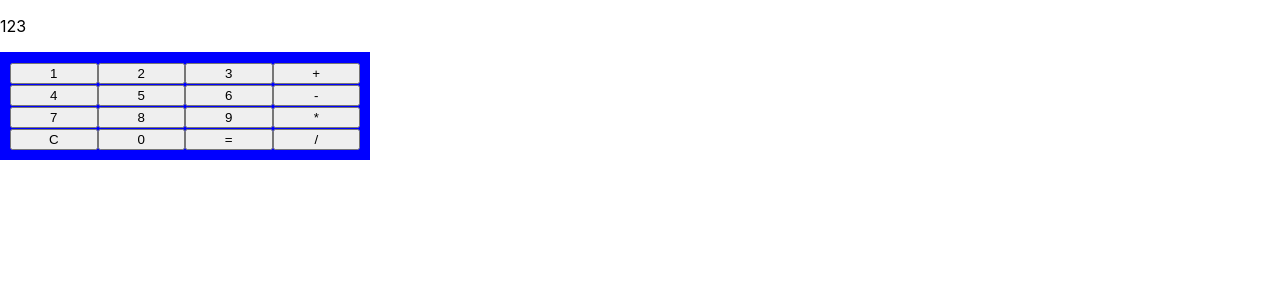
Repository: qudos4real/calculator
Page: /
An editor plug-in stored every save of this project. The page is shown before and after the next save, followed by the edit.
The browser window is 1280 px wide. The pictures show the whole page.
The project was rebuilt for these pictures with package versions that can differ from the ones it lists, and the page was loaded fresh each time.

Above is the page before, as saved 2022-10-09 02:22:04.

After the next save:
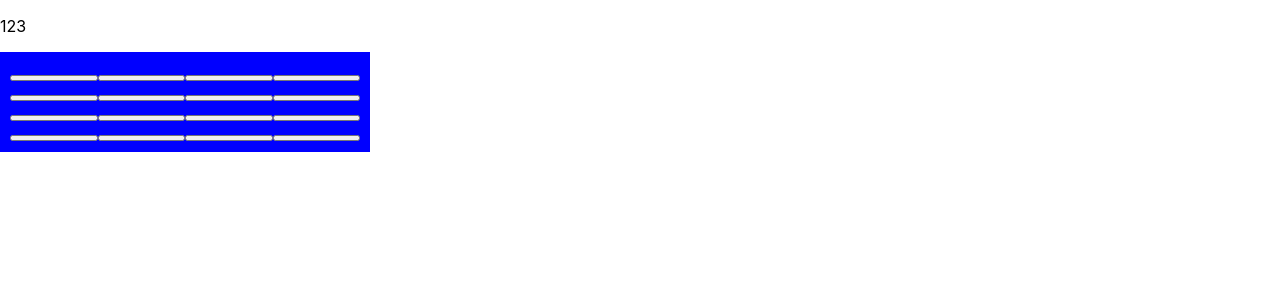
Saved 26 s later.
--- a/src/components/Buttons.js
+++ b/src/components/Buttons.js
@@ -15,7 +15,7 @@
 function Buttons({value, onClick}) {
   return (
     <div className="buttonWrapper">
-      {numbers.flat().map((num) => {
+      {numbers.flat().map(({num}) => {
         return (
           <button key={num} className="num" onClick={clickHandler}>{num}</button>
         )

After the save that followed:
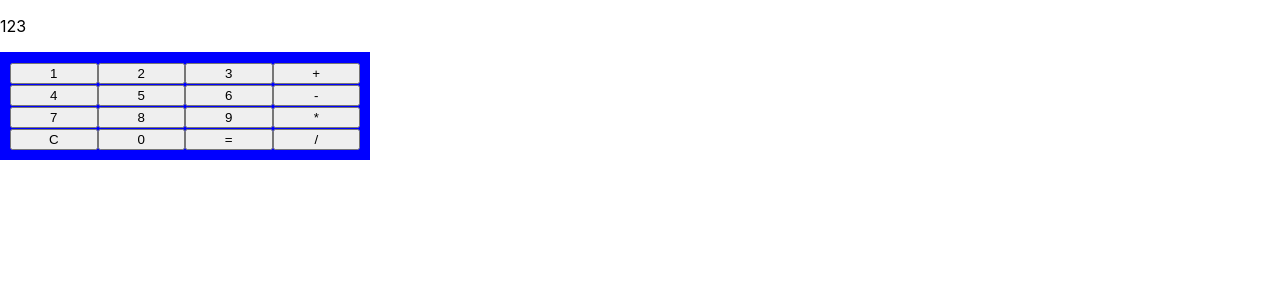
Saved 18 s later.
--- a/src/components/Buttons.js
+++ b/src/components/Buttons.js
@@ -8,14 +8,14 @@
   ["C", 0, "=", "/"],
 ];
 
-const clickHandler = (num) => {
+const clickHandler = ({num}) => {
   console.log({num})
 }
 
 function Buttons({value, onClick}) {
   return (
     <div className="buttonWrapper">
-      {numbers.flat().map(({num}) => {
+      {numbers.flat().map((num) => {
         return (
           <button key={num} className="num" onClick={clickHandler}>{num}</button>
         )
